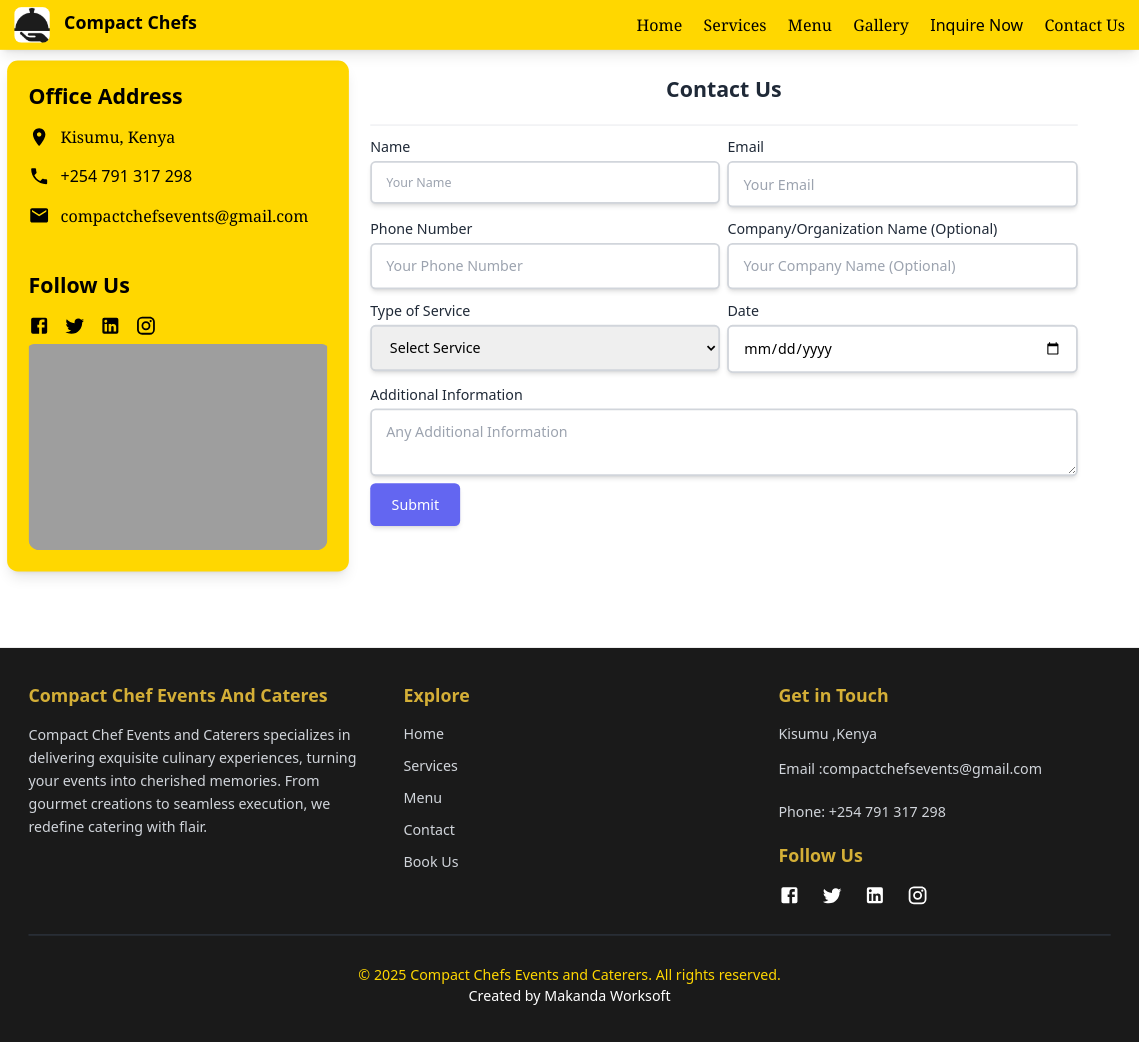
Repository: makanda596/compactchef
Page: /contact
The author's editor kept a copy of each file at every save. The page is drawn from the files as they stood at one save, then again after the next save.
The browser window is 1280 px wide. The pictures show the whole page, at 89% of full size.
Pictures or frames that could not be fetched are drawn as grey boxes. The project was rebuilt for these pictures with package versions that can differ from the ones it lists, and the page was loaded fresh each time. Also part of the build but not shown: src/components/Hero.jsx, src/components/Client.jsx, src/components/Reviews.jsx, src/components/About.jsx, src/pages/Home.jsx, src/pages/Services.jsx, src/pages/Menu.jsx, src/pages/Book.jsx and 1 more.

Above is the page before, as saved 2025-01-21 14:43:18.

After the next save:
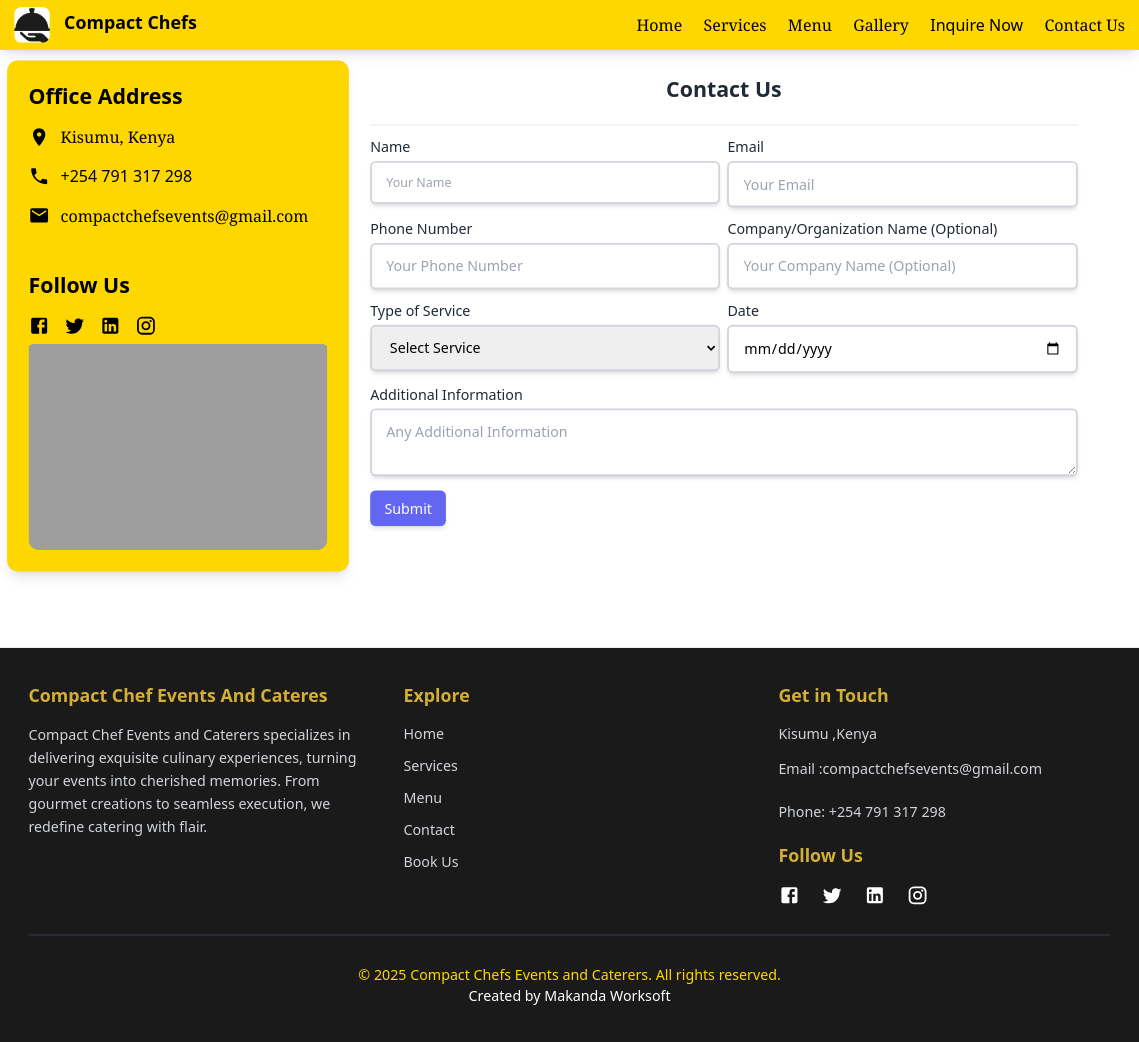
Saved 23 s later.
--- a/src/pages/Contact.jsx
+++ b/src/pages/Contact.jsx
@@ -203,10 +203,10 @@ const Contact = () => {
                                         </div>
                                     </div>
 
-                                    <div className="pt-2">
+                                    <div className="pt-4">
                                         <button
                                             type="submit"
-                                            className="bg-indigo-500 text-white px-6 py-3 rounded-md shadow-md hover:bg-indigo-600 transition-colors"
+                                            className="bg-indigo-500 text-white px-4 py-2 rounded-md shadow-md hover:bg-indigo-600 transition-colors"
                                         >
                                             {loading ? "Submitting..." : "Submit "}
                                         </button>
